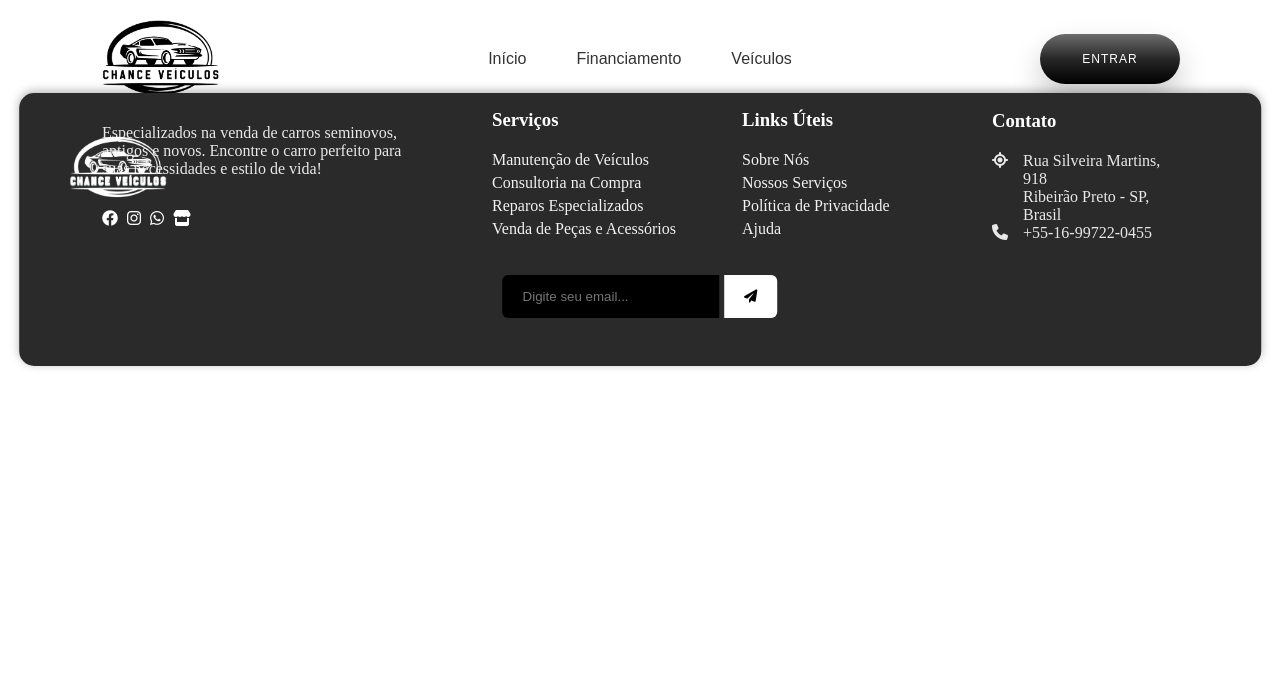
Repository: Matheus904-12/Reforma
Page: finan.html
These files come from the project's save history. The page is drawn as it stood at one moment and after the next save; the edit follows.
The browser window is 1280 px wide. The pictures show the whole page.
Some web libraries are served in a nearby version.

Above is the page before, as saved 2024-08-05 20:29:45.
Console error (its wording comes from the project's code and is left out).

### finan.html
<!DOCTYPE html>
<html lang="en">
<head>
    <meta charset="UTF-8">
    <meta name="viewport" content="width=device-width, initial-scale=1.0">
    <title>Chance Veículos - Venda de Veículos</title>
    <link rel="stylesheet" href="styles.css">
    <!----- FONT AWESOME CSS FOR ICONS FONTS ------>
    <link rel="stylesheet" href="https://cdnjs.cloudflare.com/ajax/libs/font-awesome/6.2.0/css/all.min.css">
    <script src="https://cdnjs.cloudflare.com/ajax/libs/gsap/3.10.4/gsap.min.js"></script>
</head>
<body>
    <div id="loading-screen">
        <div class="loader"></div>
    </div>

    <header>
        <div class="navbar">
            <div class="logo">
                <img src="imagens/dark.png" alt="Logo da Loja">
            </div>
            <nav class="nav-links">
                <a href="index.html">Início</a>
                <a href="finan.html">Financiamento</a>
                <a href="veicu.html">Veículos</a>
            </nav>
            <button class="btn">
                <span class="btn-text-one">Entrar</span>
                <span class="btn-text-two">Vamos Lá!</span>
            </button>
        </div>
    </header>






    <footer>
        <div class="container">
            <div class="row">
                <div class="col" id="company">
                    <img src="imagens/white.png" alt="" class="logo">
                    <p>
                        Especializados na venda de carros seminovos, antigos e novos.
                        Encontre o carro perfeito para suas necessidades e estilo de vida!
                    </p>
                    <div class="social">
                        <a href="https://www.facebook.com/p/CHANCE-VE%C3%8DCULOS-100063739276669/?paipv=0&eav=Afbw-6EMG8x-VpNtWfZloGlREGmYw3G0Q8PvLR--bdwjk5A0xtV1WnDa43PW5FFd-jU&_rdr"><i class="fab fa-facebook"></i></a>
                        <a href="https://www.olx.com.br/perfil/wilson-chance-veiculos-d5494ec5"><i class="fab fa-instagram"></i></a>
                        <a href="https://web.whatsapp.com/send?l=pt_BR&phone=5516%20997220455"><i class="fab fa-whatsapp"></i></a>
                        <a href="(16)-3961-1899"><i class="fa fa-store"></i></a>
                    </div>
                </div>

                <div class="col" id="services">
                    <h3>Serviços</h3>
                    <div class="links">
                        <a href="#">Manutenção de Veículos</a>
                        <a href="#">Consultoria na Compra</a>
                        <a href="#">Reparos Especializados</a>
                        <a href="#">Venda de Peças e Acessórios</a>
                    </div>
                </div>

                <div class="col" id="useful-links">
                    <h3>Links Úteis</h3>
                    <div class="links">
                        <a href="#">Sobre Nós</a>
                        <a href="#">Nossos Serviços</a>
                        <a href="#">Política de Privacidade</a>
                        <a href="#">Ajuda</a>
                    </div>
                </div>

                <div class="col" id="contact">
                    <h3>Contato</h3>
                    <div class="contact-details">
                        <i class="fa fa-location"></i>
                        <p>Rua Silveira Martins, 918<br> Ribeirão Preto - SP, Brasil</p>
                    </div>
                    <div class="contact-details">
                        <i class="fa fa-phone"></i>
                        <p>+55-16-99722-0455</p>
                    </div>
                </div>
            </div>

            <div class="row">
                <div class="form">
                    <form action="">
                        <input type="text" placeholder="Digite seu email...">
                        <button><i class="fa fa-paper-plane"></i></button>
                    </form>
                </div>
            </div>
        </div>
     </footer>
    <script>
        document.addEventListener("DOMContentLoaded", () => {
            // Remove a tela de carregamento após o carregamento da página
            const loadingScreen = document.getElementById("loading-screen");
            loadingScreen.classList.add("loaded");

            // Animação de surgimento para todos os elementos
            gsap.from(".body, .header, .hero, .servicos, .produto, .navbar, .logo, .nav-links a, .btn, .card, .card__article, .container, .row, .social, .footer, .links,", {
                duration: 1.2,
                opacity: 0,
                y: 50,
                stagger: 0.1,
                ease: "power2.out"
            });

            // Animação para elementos ao rolar a página
            gsap.utils.toArray(".servicos, .produto, .garantia-qualidade").forEach(section => {
                gsap.from(section, {
                    scrollTrigger: {
                        trigger: section,
                        start: "top 80%",
                        end: "bottom 30%",
                        scrub: true
                    },
                    opacity: 0,
                    y: 50,
                    duration: 1
                });
            });
        });

        window.addEventListener("scroll", () => {
            const navbar = document.querySelector(".navbar");
            if (window.scrollY > 50) {
                navbar.classList.add("scrolled");
            } else {
                navbar.classList.remove("scrolled");
            }
        });
    </script>
</body>
</html>

### styles.css
body {
    margin: 0;
    font-family: Arial, sans-serif;
}

header {
    position: relative;
    width: 100%;
}

.navbar {
    display: flex;
    justify-content: center;
    align-items: center;
    padding: 20px 50px;
    background: rgba(255, 255, 255, 0.5);
    border-radius: 25px;
    backdrop-filter: blur(10px);
    transition: all 0.3s ease-in-out;
    margin: 20px 50px;
    position: relative;
}

.navbar.scrolled {
    background: rgba(255, 255, 255, 0.8);
    backdrop-filter: blur(15px);
}

.logo {
    position: absolute;
    left: 50px;
    font-weight: bold;
}

.logo img {
  transform: scale(0.3); /* Reduz o tamanho para 80% */
  transition: transform 0.3s ease-in-out;
  margin-left: -220px;
}

.nav-links {
    list-style: none;
    display: flex;
    gap: 20px;
}

.nav-links a {
    text-decoration: none;
    color: #333;
    padding: 10px 15px;
    border-radius: 15px;
    position: relative; /* Necessário para posicionar o pseudo-elemento */
    transition: color 0.3s; /* Transição para a cor do texto */
}

.nav-links a::after {
    content: "";
    position: absolute;
    left: 0;
    bottom: 0;
    width: 0;
    height: 2px; /* Altura da linha embaixo do texto */
    background: #333; /* Cor da linha embaixo do texto */
    transition: width 0.3s; /* Transição para o comprimento da linha */
}

.nav-links a:hover::after {
    width: 100%; /* Linha se expande para a largura total do link */
}

.nav-links a:hover {
    color: #333; /* Mantém a cor do texto ao passar o mouse */
}


.btn {
    width: 140px;
    height: 50px;
    background: linear-gradient(to top, #000000, #272727, #6d6d6d);
    color: #fff;
    border-radius: 50px;
    border: none;
    outline: none;
    cursor: pointer;
    position: relative;
    box-shadow: 0 15px 30px rgba(0, 0, 0, 0.2);
    overflow: hidden;
    position: absolute;
    right: 50px;
    text-decoration: none; /* Para remover o sublinhado do link */
    display: flex;
    justify-content: center;
    align-items: center;
}

.btn span {
    font-size: 12px;
    text-transform: uppercase;
    letter-spacing: 1px;
    transition: top 0.5s;
}

.btn-text-one {
    position: absolute;
    width: 100%;
    top: 50%;
    left: 0;
    transform: translateY(-50%);
}

.btn-text-two {
    position: absolute;
    width: 100%;
    top: 150%;
    left: 0;
    transform: translateY(-50%);
}

.btn:hover .btn-text-one {
    top: -100%;
}

.btn:hover .btn-text-two {
    top: 50%;
}

.btn:active {
    transform: translateY(1px); /* Efeito de afundar ao clicar */
}

.hero {
    position: relative;
    width: 100%;
    height: 600px; /* Ajuste a altura conforme necessário */
    overflow: hidden;
    display: flex;
    justify-content: center;
    align-items: center;
}

.hero-image {
    width: 94%;
    height: auto;
    object-fit: cover;
}

.servicos {
    padding: 100px;
}

.servicos-header {
    display: flex;
    justify-content: space-between;
    align-items: center;
    margin-bottom: 100px;
}

.produtos-header {
    display: flex;
    justify-content: space-between;
    align-items: center;
    margin-bottom: 100px;
}

.servicos h2 {
    font-size: 2.7em;
    margin: 0 0 10px 0; /* Ajuste a margem inferior para aproximar do parágrafo */
    margin-left: 190px;
}

.description {
    font-size: 1.2em;
    max-width: 600px;
    margin: 0;
    margin-right: 190px;
}
.description2 {
    font-size: 1.2em;
    max-width: 600px;
    margin: 0;
    margin-right: 320px;
}

.cards-container {
    display: flex;
    flex-wrap: wrap;
    justify-content: center;
    gap: 20px;
}

.card {
    display: flex;
    align-items: center;
    background-color: #f0f0f0;
    padding: 20px;
    border-radius: 10px;
    width: 45%;
}

.card-image img {
    width: 257px;
    height: 205px;
    border-radius: 10px;
    margin-right: 20px;
}

.card-content {
    text-align: left;
}

.card-content h3 {
    margin: 0 0 10px 0;
    font-size: 1.2em;
}

.card-content p {
    margin: 0;
    color: #555;
}

/*=============== GOOGLE FONTS ===============*/
@import url("https://fonts.googleapis.com/css2?family=Poppins:wght@400;500&display=swap");

/*=============== VARIABLES CSS ===============*/
:root {
  /*========== Colors ==========*/
  /*Color mode HSL(hue, saturation, lightness)*/
  --first-color: hsl(82, 60%, 28%);
  --title-color: hsl(0, 0%, 15%);
  --text-color: hsl(0, 0%, 35%);
  --body-color: hsl(0, 0%, 95%);
  --container-color: hsl(0, 0%, 100%);

  /*========== Font and typography ==========*/
  /*.5rem = 8px | 1rem = 16px ...*/
  --body-font: "Poppins", sans-serif;
  --h2-font-size: 1.25rem;
  --small-font-size: .813rem;
}

/*========== Responsive typography ==========*/
@media screen and (min-width: 1120px) {
  :root {
    --h2-font-size: 1.5rem;
    --small-font-size: .875rem;
  }
}

/*=============== BASE ===============*/

* {
    box-sizing: border-box;
    padding: 0;
    margin: 0;
  }

/*=============== CARD ===============*/
.produto {
  display: grid;
  place-items: center;
  margin-inline: 1.5rem;
  padding-block: 5rem;
  margin-bottom: 155px,
}

.card__data h2 {
    font-size: 1.4em;
    margin-left: -1px;
    font-weight: bold;
}

.card__produto {
  display: grid;
  row-gap: 3.5rem;
}

.card__article {
  position: relative;
  overflow: hidden;
}

.card__img {
  width: 328px;
  border-radius: 1.5rem;
}

.card__data {
  width: 20px;
  background-color: var(--container-color);
  padding: 1.5rem 2rem;
  box-shadow: 0 8px 24px hsla(0, 0%, 0%, .15);
  border-radius: 1rem;
  position: absolute;
  bottom: -9rem;
  left: 0;
  right: 0;
  margin-inline: auto;
  opacity: 0;
  transition: opacity 1s 1s;
}

.card__description {
  display: block;
  font-size: var(--small-font-size);
  margin-bottom: .25rem;
}

.card__title {
  font-size: var(--h2-font-size);
  font-weight: 500;
  color: var(--title-color);
  margin-bottom: .75rem;
}

.card__button {
  text-decoration: none;
  font-size: var(--small-font-size);
  font-weight: 500;
  color: var(--first-color);
}

.card__button:hover {
  text-decoration: underline;
}

/* Naming animations in hover */
.card__article:hover .card__data {
  animation: show-data 1s forwards;
  opacity: 1;
  transition: opacity .3s;
}

.card__article:hover {
  animation: remove-overflow 2s forwards;
}

.card__article:not(:hover) {
  animation: show-overflow 2s forwards;
}

.card__article:not(:hover) .card__data {
  animation: remove-data 1s forwards;
}

/* Card animation */
@keyframes show-data {
  50% {
    transform: translateY(-10rem);
  }
  100% {
    transform: translateY(-7rem);
  }
}

@keyframes remove-overflow {
  to {
    overflow: initial;
  }
}

@keyframes remove-data {
  0% {
    transform: translateY(-7rem);
  }
  50% {
    transform: translateY(-10rem);
  }
  100% {
    transform: translateY(.5rem);
  }
}

@keyframes show-overflow {
  0% {
    overflow: initial;
    pointer-events: none;
  }
  50% {
    overflow: hidden;
  }
}

/*=============== BREAKPOINTS ===============*/
/* For small devices */
@media screen and (max-width: 340px) {
  .produto {
    margin-inline: 1rem;
  }

  .card__data {
    width: 250px;
    padding: 1rem;
  }
}

/* For medium devices */
@media screen and (min-width: 768px) {
  .card__produto {
    grid-template-columns: repeat(2, 1fr);
    column-gap: 1.5rem;
  }
}

/* For large devices */
@media screen and (min-width: 1120px) {
  .produto {
    height: 100vh;
  }

  .card__produto {
    grid-template-columns: repeat(3, 1fr);
  }
  .card__img {
    width: 348px;
  }
  .card__data {
    width: 316px;
    padding-inline: 2.5rem;
  }
}

/* Tela de carregamento */
#loading-screen {
    position: fixed;
    top: 0;
    left: 0;
    width: 100%;
    height: 100%;
    background: white;
    display: flex;
    align-items: center;
    justify-content: center;
    z-index: 9999;
    transition: opacity 0.5s ease, visibility 0.5s ease;
}

#loading-screen.loaded {
    opacity: 0;
    visibility: hidden;
}

.loader {
    border: 8px solid rgba(0, 0, 0, 0.1);
    border-radius: 50%;
    border-top: 8px solid #3498db;
    width: 60px;
    height: 60px;
    animation: spin 1s linear infinite;
}

@keyframes spin {
    0% { transform: rotate(0deg); }
    100% { transform: rotate(360deg); }
}

/* Efeito de zoom-in ao carregar */
.zoom-in {
    transform: scale(1.2);
    opacity: 0;
}

.loaded .zoom-in {
    transform: scale(1);
    opacity: 1;
    transition: transform 0.5s ease-out, opacity 0.5s ease-out;
}

/* Efeito de surgimento ao rolar */
.scroll-fade-in {
    opacity: 0;
    transform: translateY(30px);
    transition: opacity 0.6s ease-out, transform 0.6s ease-out;
}

.scroll-fade-in.scroll-active {
    opacity: 1;
    transform: translateY(0);
}

/* Para WebKit (Chrome, Safari) */
::-webkit-scrollbar {
    width: 12px; /* Largura da barra de rolagem */
}

::-webkit-scrollbar-track {
    background: #f1f1f1; /* Cor de fundo da trilha da barra de rolagem */
    border-radius: 10px;
}

::-webkit-scrollbar-thumb {
    background: #888; /* Cor do "polegar" da barra de rolagem */
    border-radius: 10px;
}

::-webkit-scrollbar-thumb:hover {
    background: #555; /* Cor do "polegar" quando o mouse passa sobre ele */
}

/* Para Firefox */
scrollbar-width: thin; /* Controla a largura da barra de rolagem */
scrollbar-color: #888 #f1f1f1; /* Cor do polegar e da trilha */

/* Exemplo de configuração para todo o corpo */
body {
    scrollbar-width: thin; /* Largura fina para a barra de rolagem */
    scrollbar-color: #888 #f1f1f1; /* Cor do "polegar" e da trilha */
}

/* Exemplo de configuração para um elemento específico */
.custom-scrollbar {
    scrollbar-width: thin;
    scrollbar-color: #888 #f1f1f1;
}

/* Estilo da seção Garantia & Qualidade */
.garantia-qualidade {
  padding: 2rem;
  text-align: center;
  background-color: #f9f9f9;
}

.garantia-qualidade .produtos-header {
  margin-bottom: 2rem;
}

.garantia-cards {
  display: flex;
  flex-wrap: wrap;
  justify-content: space-around;
  gap: 0.5rem;
}

.garantia-card {
  flex: 1 1 calc(25% - 1rem);
  margin: 0.25rem; /* Reduzi a margem para deixar os cartões mais próximos */
  padding: 1rem;
  border-radius: 8px;
}

.garantia-card .garantia-card-image {
  width: 245px;
  height: 245px; /* ajuste a altura conforme necessário */
  background-color: #d3d3d3; /* cor de fundo cinza para a imagem */
  border-radius: 8px;
}

.garantia-card h3 {
  font-size: 1.2rem;
  margin-top: 0.5rem;
  color: #333;
}

.garantia-card p {
  font-size: 0.9rem;
  color: #666;
}

/* Responsivo */
@media (max-width: 768px) {
  .garantia-card {
    flex: 1 1 calc(50% - 1rem);
  }
}

@media (max-width: 480px) {
  .garantia-card {
    flex: 1 1 100%;
  }
}

footer {
  background-color: #2a2a2a;
  position: relative; /* Torna o footer fixo */
  bottom: 25px; /* Adiciona uma margem do fundo da página */
  left: 50%; /* Centraliza horizontalmente */
  transform: translateX(-50%); /* Centraliza horizontalmente */
  width: 97%; /* Ajusta a largura do footer */
  height: auto; /* Ajusta a altura do footer */
  padding: 1rem; /* Ajusta o padding do footer */
  border-radius: 15px; /* Aplica border-radius nos quatro cantos */
  z-index: 1000; /* Garante que o footer esteja acima de outros elementos */
  box-shadow: 0 -2px 10px rgba(0, 0, 0, 0.3); /* Adiciona uma sombra */
}
.container {
 max-width: 1140px;
 margin: 0 auto;
 display: flex;
 justify-content: center;
 align-items: center;
 flex-direction: column;


}
.row{
 display: flex;
 justify-content: space-between;
 align-items: center;
}

.col{
 min-width: 250px;
 color:#f2f2f2f2;
 font-family: poppins;
 padding:0 2rem;
}
.col .logo{
 width: 100px;
 margin-bottom:25px;
}
.col h3{
 color:#ffffff;
 margin-bottom: 20px;
 position: relative;
 cursor: pointer;
}
.col h3::after{
 content: '';
 height:3px;
 width:0px;
 background-color: #ffffff;
 position: absolute;
 bottom: 0;
 left:0;
 transition: 0.3s ease;

}
.col h3:hover::after{
 width:30px
}
.col .social a i{
 color:#ffffff;
 margin-top:2rem;
 margin-right: 5px;
 transition: 0.3s ease;
}
.col .social a i:hover{
 transform: scale(1.5);
 filter:grayscale(25);
}
.col .links a{
 display: block;
 text-decoration: none;
 color:#f2f2f2;
 margin-bottom: 5px;
 position: relative;
 transition: 0.3s ease;
}
.col .links a::before{
 content:'';
 height: 16px;
 width:3px;
 position: absolute;
 top:5px;
 left:-10px;
 background-color: #ffffff;
 transition: 0.5s ease;
 opacity: 0;
}
.col .links a:hover::before{
 opacity: 1;
}
.col .links a:hover{
 transform: translateX(-8px);
 color:#ffffff;
}
.col .contact-details{
 display: inline-flex;
 justify-content: space-between;
}
.col .contact-details i{
 margin-right:15px;
}
.row .form{
 display: flex;
 justify-content: center;
 align-items: center;
 padding:2rem 0;
}
.row .form input{
 background-color: #000000;
 border:0;
 outline:none;
 padding:14px 20px;
 border-radius: 6px;
 border-top-right-radius: 0;
 border-bottom-right-radius: 0;
}
.form button{
 padding:14px 20px;
 border:0;
 border-radius: 6px;
 border-top-left-radius: 0;
 border-bottom-left-radius: 0;
 background-color: #ffffff;
}

/********** Responsive Design ********/
@media(max-width:900px)
{
.row{
 flex-direction: column;
}
.col{
 width: 100%;
 text-align: left;
 margin-bottom: 25px;
}
}
@media(max-width:768px)
{
.row{
 flex-direction: column;
}
.col{
 width: 100%;
 text-align: left;
 margin-bottom: 20px;
}
}

After the next save:
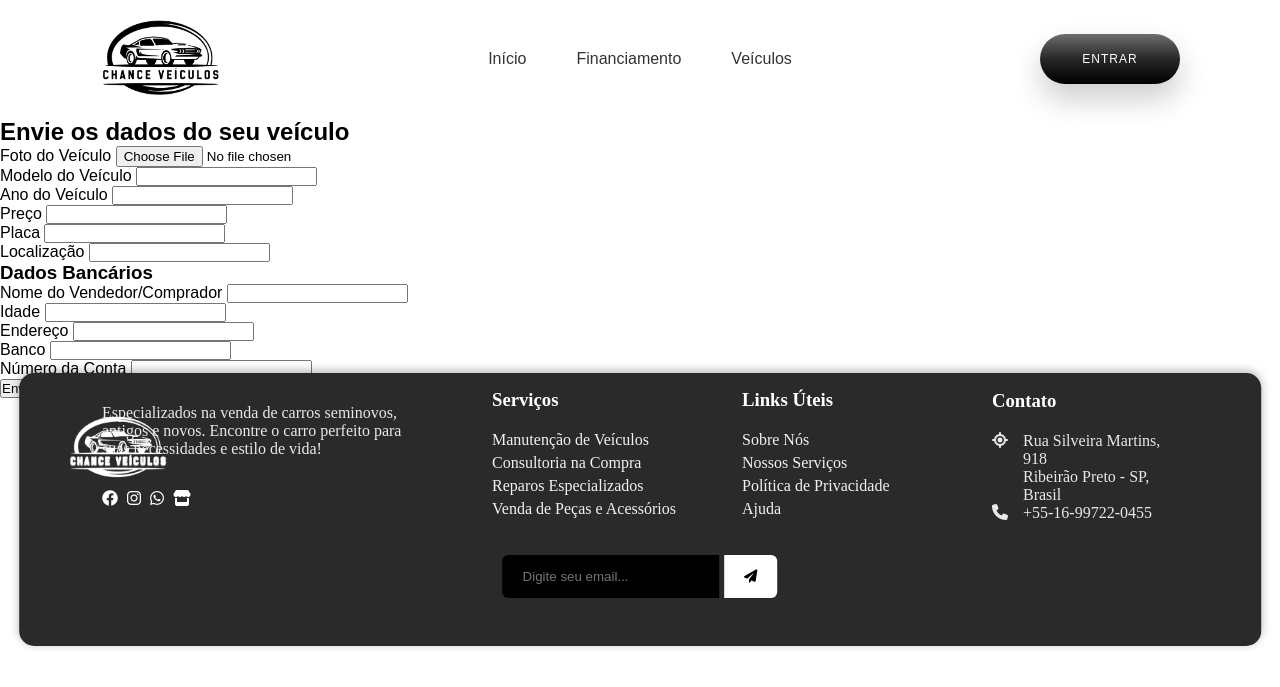
Saved 16 s later.
--- a/finan.html
+++ b/finan.html
@@ -31,6 +31,68 @@
         </div>
     </header>
 
+    <section class="financiamento">
+        <h2>Envie os dados do seu veículo</h2>
+        <form id="financiamento-form" enctype="multipart/form-data">
+            <div class="form-group">
+                <label for="vehicle-photo">Foto do Veículo</label>
+                <input type="file" id="vehicle-photo" name="vehicle-photo" required>
+            </div>
+
+            <div class="form-group">
+                <label for="vehicle-model">Modelo do Veículo</label>
+                <input type="text" id="vehicle-model" name="vehicle-model" required>
+            </div>
+
+            <div class="form-group">
+                <label for="vehicle-year">Ano do Veículo</label>
+                <input type="number" id="vehicle-year" name="vehicle-year" required>
+            </div>
+
+            <div class="form-group">
+                <label for="vehicle-price">Preço</label>
+                <input type="number" id="vehicle-price" name="vehicle-price" required>
+            </div>
+
+            <div class="form-group">
+                <label for="vehicle-plate">Placa</label>
+                <input type="text" id="vehicle-plate" name="vehicle-plate" required>
+            </div>
+
+            <div class="form-group">
+                <label for="vehicle-location">Localização</label>
+                <input type="text" id="vehicle-location" name="vehicle-location" required>
+            </div>
+
+            <h3>Dados Bancários</h3>
+            <div class="form-group">
+                <label for="seller-name">Nome do Vendedor/Comprador</label>
+                <input type="text" id="seller-name" name="seller-name" required>
+            </div>
+
+            <div class="form-group">
+                <label for="seller-age">Idade</label>
+                <input type="number" id="seller-age" name="seller-age" required>
+            </div>
+
+            <div class="form-group">
+                <label for="seller-address">Endereço</label>
+                <input type="text" id="seller-address" name="seller-address" required>
+            </div>
+
+            <div class="form-group">
+                <label for="bank-name">Banco</label>
+                <input type="text" id="bank-name" name="bank-name" required>
+            </div>
+
+            <div class="form-group">
+                <label for="bank-account">Número da Conta</label>
+                <input type="text" id="bank-account" name="bank-account" required>
+            </div>
+
+            <button type="submit">Enviar</button>
+        </form>
+    </section>
 
 
 
